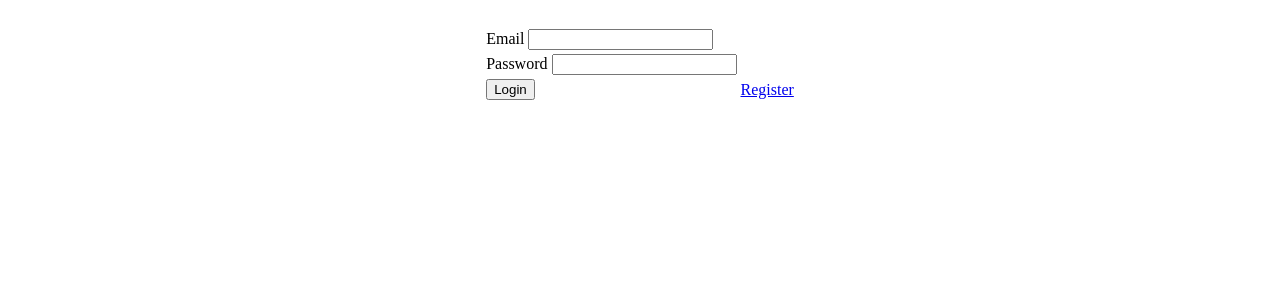
Repository: sachinkolhe43/dmc_code
Page: adt__/VendorNAdmin/src/main/resources/static/login.html
An editor plug-in stored every save of this project. The page is shown before and after the next save, followed by the edit.
The browser window is 1280 px wide. The pictures show the whole page.

Above is the page before, as saved 2023-05-28 07:22:26.

### adt__/VendorNAdmin/src/main/resources/static/login.html
<!DOCTYPE html>
<html>
<head>
<meta charset="UTF-8">
<title>Insert title here</title>

</head>
<body>
	<div align="center">
		<form action="login" method="post">
		<table>
		<tr>
			<td>Email <input type="text" name="email"></td><br>
		</tr>
		<tr>
			<td>Password <input type="password" name="password"></td>
		</tr>
		<tr>
			<td><button type="submit">Login</button></td>

			<td><a href="register">Register</a>
		</tr>

		</table>
		</form>
	</div>
</body>
</html>

After the next save:
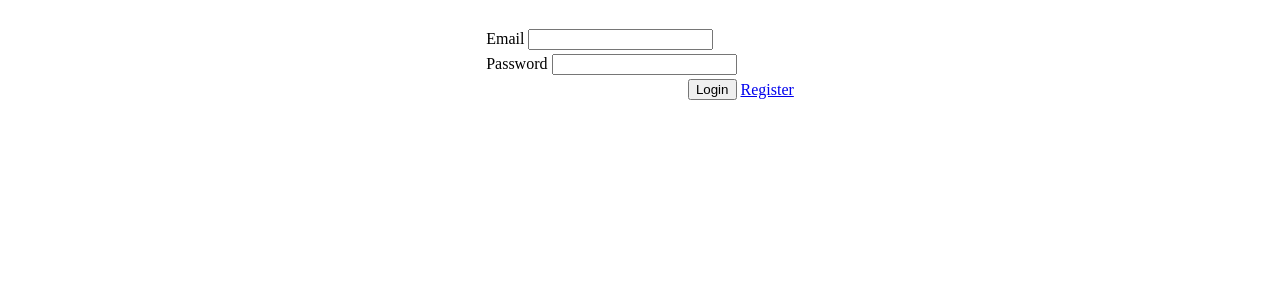
Saved 34 s later.
--- a/adt__/VendorNAdmin/src/main/resources/static/login.html
+++ b/adt__/VendorNAdmin/src/main/resources/static/login.html
@@ -15,8 +15,8 @@
 		<tr>
 			<td>Password <input type="password" name="password"></td>
 		</tr>
-		<tr>
-			<td><button type="submit">Login</button></td>
+		<tr align="center">
+			<td align="right"><button type="submit">Login</button></td>
 
 			<td><a href="register">Register</a>
 		</tr>

After the save that followed:
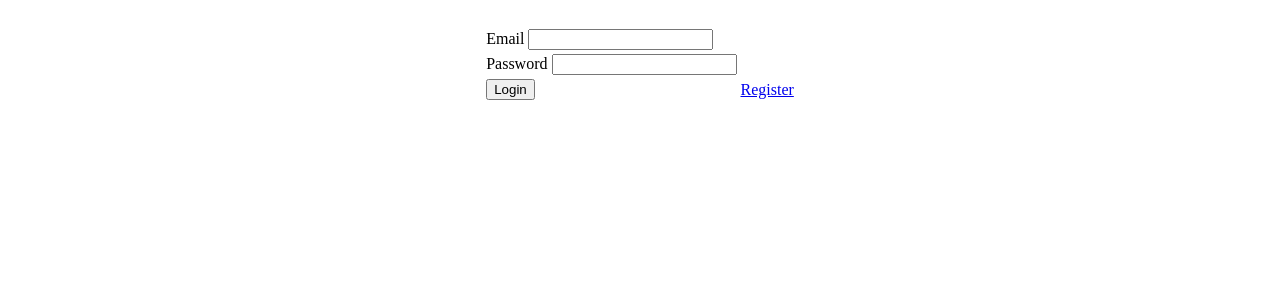
Saved 16 s later.
--- a/adt__/VendorNAdmin/src/main/resources/static/login.html
+++ b/adt__/VendorNAdmin/src/main/resources/static/login.html
@@ -16,7 +16,7 @@
 			<td>Password <input type="password" name="password"></td>
 		</tr>
 		<tr align="center">
-			<td align="right"><button type="submit">Login</button></td>
+			<td align="left"><button type="submit">Login</button></td>
 
 			<td><a href="register">Register</a>
 		</tr>
